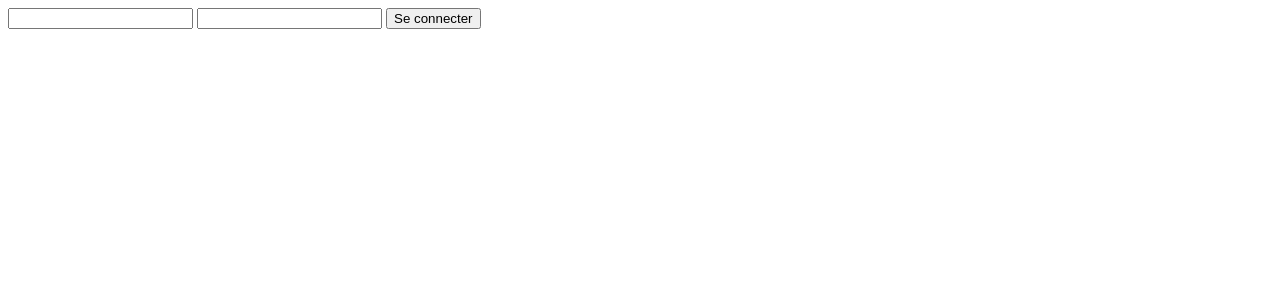
Repository: SchArthur/spring_bsd
Page: test.html
The author's editor kept a copy of each file at every save. The page is drawn from the files as they stood at one save, then again after the next save.
The browser window is 1280 px wide. The pictures show the whole page.

Above is the page before, as saved 2024-12-04 14:09:49.

### test.html
<!DOCTYPE html>
<html lang="en">

<head>
  <meta charset="UTF-8">
  <meta name="viewport" content="width=device-width, initial-scale=1.0">
  <title>Document</title>
</head>

<body>

  <form id="formulaire-connexion" onsubmit="return onConnexion();">
    <input type="email" id="champs-email">
    <input type="password" id="champs-password">
    <button>Se connecter</button>
  </form>
</body>

<script>

  init();

  function init() {

    //si l'utilisateur est connecté
    if (localStorage.getItem("jwt") != null) {
      const formulaireConnexion = document.getElementById("formulaire-connexion")
      formulaireConnexion.style.display = "none"
    }

  }

  function onConnexion() {

    fetch("http://localhost:8080/connexion")
      .then(reponse => reponse.text())
      .then(jwt => {
        localStorage.setItem("jwt", jwt)
        init()
      })

    return false;
  }

</script>

</html>

After the next save:
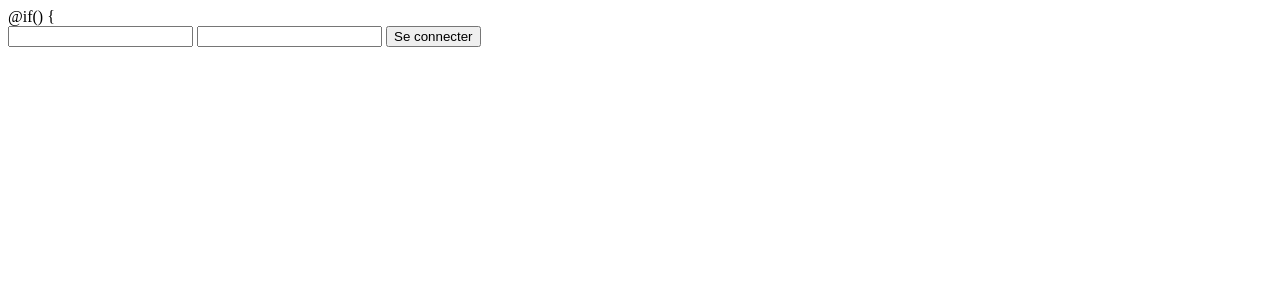
Saved 4 s later.
--- a/test.html
+++ b/test.html
@@ -8,7 +8,7 @@
 </head>
 
 <body>
-
+  @if() {
   <form id="formulaire-connexion" onsubmit="return onConnexion();">
     <input type="email" id="champs-email">
     <input type="password" id="champs-password">
